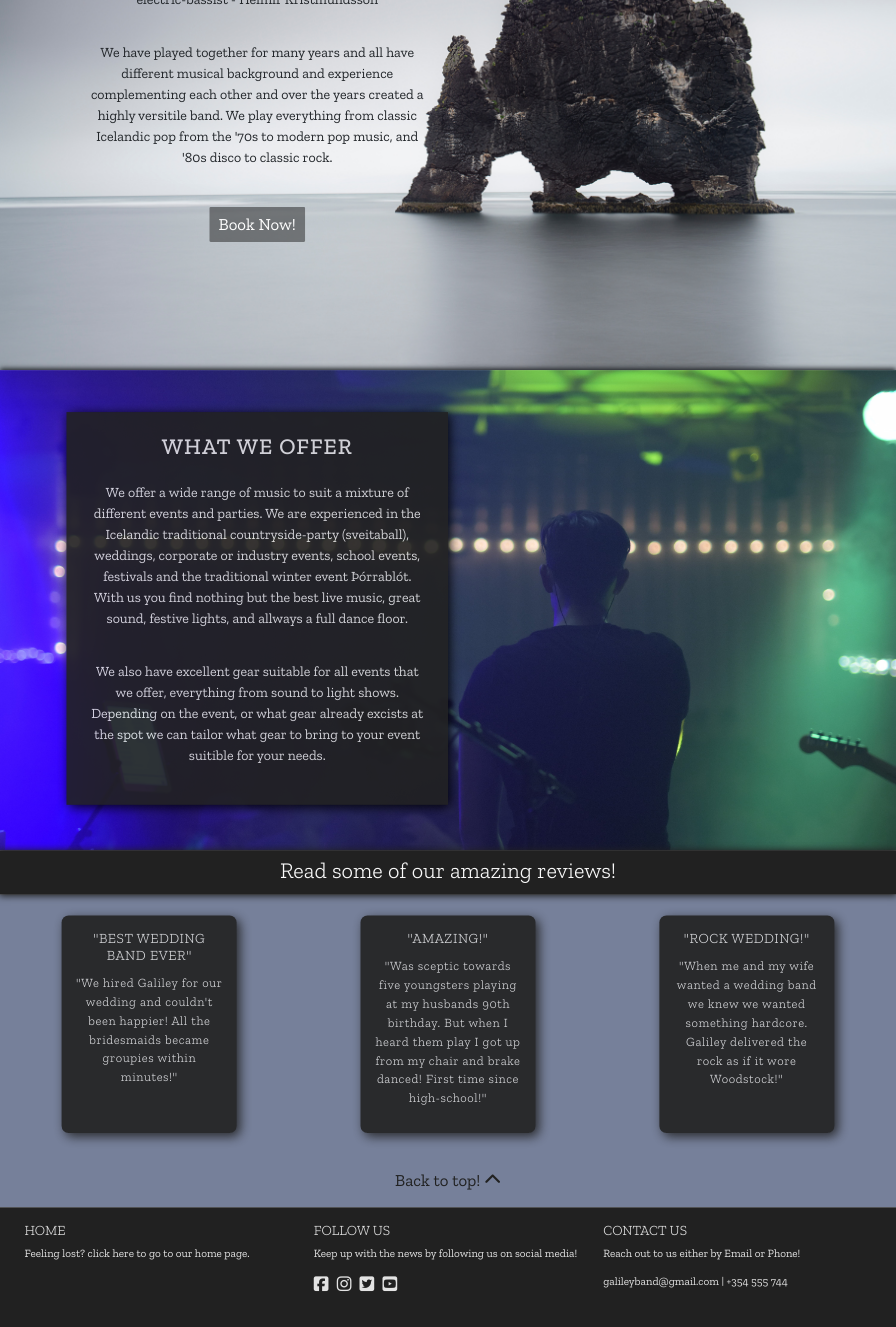
Repository: HeimirDavid/Galiley-Website
Page: index.html
The author's editor kept a record of every edit. The page is drawn from the files as they stood at one moment, then again after the next edit.
The browser window is 1280 px wide. The pictures show the part of the page from y = 874 to 2794 px (the page is 2770 px tall before and 2794 px after), at 70% of full size.
Backgrounds fixed to the window are drawn as part of the page. Some web libraries are served in a nearby version.

Above is the page before.

### index.html
<!DOCTYPE html>
<html lang="en">

<head>
    <meta charset="UTF-8">
    <meta name="viewport" content="width=device-width, initial-scale=1.0">
    <meta http-equiv="X-UA-Compatible" content="ie=edge">

    <link rel="stylesheet" href="https://stackpath.bootstrapcdn.com/bootstrap/4.3.1/css/bootstrap.min.css" integrity="sha384-ggOyR0iXCbMQv3Xipma34MD+dH/1fQ784/j6cY/iJTQUOhcWr7x9JvoRxT2MZw1T" crossorigin="anonymous">
    <link rel="stylesheet" href="https://cdnjs.cloudflare.com/ajax/libs/hover.css/2.3.1/css/hover-min.css" type="text/css" />
    <link rel="stylesheet" href="assets/css/style.css" type="text/css" />

    <script src="https://code.jquery.com/jquery-3.3.1.slim.min.js" integrity="sha384-q8i/X+965DzO0rT7abK41JStQIAqVgRVzpbzo5smXKp4YfRvH+8abtTE1Pi6jizo" crossorigin="anonymous"></script>
    <script src="https://cdnjs.cloudflare.com/ajax/libs/popper.js/1.14.7/umd/popper.min.js" integrity="sha384-UO2eT0CpHqdSJQ6hJty5KVphtPhzWj9WO1clHTMGa3JDZwrnQq4sF86dIHNDz0W1" crossorigin="anonymous"></script>
    <script src="https://stackpath.bootstrapcdn.com/bootstrap/4.3.1/js/bootstrap.min.js" integrity="sha384-JjSmVgyd0p3pXB1rRibZUAYoIIy6OrQ6VrjIEaFf/nJGzIxFDsf4x0xIM+B07jRM" crossorigin="anonymous"></script>
    <script src="https://kit.fontawesome.com/2ea8c5e5d2.js" crossorigin="anonymous"></script>

    <title>Galiley</title>
</head>

<body>
    <header>
        <!------ Header Navigation Menu, Mainly written with bootstrap  ------>
        <div class="row no-gutters">
            <div class="col black-container">
                <nav class="navbar fixed-top navbar-expand-md navbar-dark bg-dark" id="navbar-black-color">
                    <!-- Navbar position with help of this  -->
                    <a class="navbar-brand" href="index.html">Galiley - Home</a>
                    <!-- tutorial: https://www.youtube.com/watch?v=NzjU1GmKosQ&t=90s  -->
                    <button class="navbar-toggler" type="button" data-toggle="collapse" data-target="#navbarSupportedContent" aria-controls="navbarSupportedContent" aria-expanded="false" aria-label="Toggle navigation">
                    <span class="navbar-toggler-icon"></span></button>
                    <div class="collapse navbar-collapse" id="navbarSupportedContent">
                        <ul class="navbar-nav m-auto">
                            <li class="nav-item menuitem active-item">
                                <a class="nav-link" href="index.html"><span>Home</span></a>
                            </li>
                            <li class="nav-item menuitem">
                                <a class="nav-link" href="media.html"><span>Media</span></a>
                            </li>
                            <li class="nav-item menuitem">
                                <a class="nav-link" href="schedule.html"><span>Schedule</span></a>
                            </li>
                            <li class="nav-item menuitem">
                                <a class="nav-link" href="pricing.html"><span>Pricing</span></a>
                            </li>
                            <li class="nav-item menuitem">
                                <a class="nav-link" href="contact.html"><span>Contact</span></a>
                            </li>
                        </ul>
                    </div>
                </nav>
            </div>
        </div>

        <!------ Header Logo Image ------>
        <div class="logo-container">
            <div class="row no-gutters">
                <div class="col header-background-img">
                    <a href="#">
                    <img class="logo-white" src="assets/images/galiley_vit.png">
                </a>
                </div>
            </div>
        </div>

        <!------ Header Text  ------>
        <div class="row no-gutters">
            <div class="col h1-heading">
                <h1>Galiley - The Band For Your Next Event!</h1>
            </div>
        </div>
    </header>

    <!-- About section, inspired by sample projects at CI more specific Haley Schafer - StudentExampleProjectGradeFive-->
    <section id="about-image">
        <div class="container">
            <div class="row about-offer-row">
                <div class="col-md-6 text-center">
                    <h2 class="header-h2 uppercase">
                        About Galiley
                    </h2>
                    <p class="p-text">
                        We are an Icelandic band of five people of which are some of the most respected, well established and greatly experienced musicians in the north of Iceland. We feature lead singer - Freyþór Hrafn, pianist and backing vocalist - Gúðjón Jónsson, guitarist
                        and backing vocalist - Daniel Andri, Drummer and percussionist - Logi Helgason and electric-bassist - Heimir Kristmundsson
                    </p>
                    <p class="p-text">
                        We have played together for many years and all have different musical background and experience complementing each other and over the years created a highly versitile band. We play everything from classic Icelandic pop from the '70s to modern pop music,
                        and '80s disco to classic rock.
                    </p>
                    <!------ Book Now button -->
                <div class="row text-center">
                    <div class="col gotop-col">
                        <a class="btn btn-secondary btn-book" href="contact.html" role="button">Book Now!</a>
                    </div>
                </div>
                </div>
            </div>
        </div>
    </section>

    <!------ What We Offer - Section ------>
    <section id="offer-image">
        <div class="container">
            <div class="row about-offer-row offer-row text-center">
                <div class="col-md-6 offer-card text-center">
                    <h2 class="header-h2 uppercase">
                        What we offer
                    </h2>
                    <p class="p-text offer-text">
                        We offer a wide range of music to suit a mixture of different events and parties. We are experienced in the Icelandic traditional countryside-party (sveitaball), weddings, corporate or industry events, school events, festivals and the traditional winter
                        event Þórrablót. With us you find nothing but the best live music, great sound, festive lights, and allways a full dance floor.
                    </p>
                    <p class="p-text offer-text">
                        We also have excellent gear suitable for all events that we offer, everything from sound to light shows. Depending on the event, or what gear already excists at the spot we can tailor what gear to bring to your event suitible for your needs.
                    </p>
                </div>
            </div>
        </div>
    </section>

    <!------ Reviews section - Header ------>
    <section>
        <!-- Review header -->
        <div class="row no-gutters">
            <div class="col review-header">
                <h2>Read some of our amazing reviews!</h2>

            </div>
        </div>

        <!------ Three review cards, use bootstrap grid system ------>
        <div class="container-fluid grey-blue">
            <div class="row">
                <div class="col-md-4 review-cards">
                    <h5 class="cards-header uppercase">"Best wedding band ever"</h5>
                    <p class="review-p">"We hired Galiley for our wedding and couldn't been happier! All the bridesmaids became groupies within minutes!"</p>
                </div>
                <div class="col-md-4 review-cards">
                    <h5 class="cards-header uppercase">"Amazing!"</h5>
                    <p class="review-p">"Was sceptic towards five youngsters playing at my husbands 90th birthday. But when I heard them play I got up from my chair and brake danced! First time since high-school!"</p>
                </div>
                <div class="col-md-4 review-cards">
                    <h5 class="cards-header uppercase">"Rock Wedding!"</h5>
                    <p class="review-p">"When me and my wife wanted a wedding band we knew we wanted something hardcore. Galiley delivered the rock as if it wore Woodstock!"</p>
                </div>
            </div>
            <!------ Go to top button at the bottom of the page -->
            <div class="row text-center">
                <div class="col gotop-col">
                    <a class="gotopbtn" href="#">
                        <span>Back to top!</span>
                        <i class="fas fa-chevron-up"></i>
                    </a>
                </div>
            </div>
        </div>
    </section>

    <footer>
        <!------ Footer section, Mainly structured and written with the help from CI tutorials from the Resume-Project.
                             Since i liked the design and strucure and felt that it fits well within this project. ------>
        <div class="container-fluid">
            <div class="row" id="footer-details">
                <div class="col-sm-4">
                    <h5 class="uppercase footer-heading">
                        <a href="index.html" class="footer-links">Home</a>
                    </h5>
                    <p class="inline-block">Feeling lost? click here to go to our home page.</p>
                </div>

                <div class="col-sm-4">
                    <h5 class="uppercase footer-heading">Follow Us</h5>
                    <p class="inline-block">Keep up with the news by following us on social media!</p>
                    <ul class="list-inline social-media-links">
                        <li class="list-inline-item">
                            <a class="footer-links" target="_blank" href="https://www.facebook.com/GalileyBand/">
                                <i class="fab fa-facebook-square"></i>
                                <span class="sr-only">Facebook</span>
                            </a>
                        </li>
                        <li class="list-inline-item">
                            <a class="footer-links" target="_blank" href="#">
                                <i class="fab fa-instagram"></i>
                                <span class="sr-only">Instagram</span>
                            </a>
                        </li>
                        <li class="list-inline-item">
                            <a class="footer-links" target="_blank" href="#">
                                <i class="fab fa-twitter-square"></i>
                                <span class="sr-only">Twitter</span>
                            </a>
                        </li>
                        <li class="list-inline-item">
                            <a class="footer-links" target="_blank" href="#">
                                <i class="fab fa-youtube-square"></i>
                                <span class="sr-only">Youtube</span>
                            </a>
                        </li>
                    </ul>
                </div>

                <div class="col-sm-4">
                    <h5 class="uppercase footer-heading">Contact Us</h5>
                    <p class="inline-block">Reach out to us either by Email or Phone!</p>
                    <p>galileyband@gmail.com | +354 555 744</p>
                </div>
            </div>
        </div>
    </footer>
</body>

</html>

### assets/css/style.css
@import url('https://fonts.googleapis.com/css?family=Zilla+Slab:300,400,500,600,700&display=swap');

html {
    scroll-behavior: smooth;
}

body {
    font-family: 'Zilla Slab', serif;
    background-color: #e3e3e3;
    overflow-x: hidden;
}

/*--------------------------------- Colour */

.green-color {
    background-color: #35af7e;
}

.grey-color {
    background-color: #c5c5c5;
}

.grey-blue {
    background-color: #76809a;
}
/*------------------------------- Special padding/margins/text */

h1, h2, h3, h4, h5 {
    margin: 0;
}

.uppercase {
    text-transform: uppercase;
}

.inline-block {
    display: inline-block;
}

.block-devider {
    width: 75px;
    height: 5px;
    background-color: #212121;
}

.block-devider-white {
    width: 75px;
    height: 5px;
    background-color: #e3e3e3;
}

.container-fluid {
    padding: 0;
}

.row {
    margin-right: 0;
    margin-left: 0;
}

/*--------------------------------- General and shares styles/items */

.text-center {
    text-align: center;
}

.item-center {
    item-align: center;
}

.gotop-col {
    padding: 20px;
}

.gotopbtn {
    text-align: center;
    text-decoration: none;
    color: #212121;
    font-size: 1.5em;
    margin: 20px 20px;
    transition: ease-in-out 0.3s;
    -moz-transition: ease-in-out 0.3s;
    -webkit-transition: ease-in-out 0.3s;
    -o-transition: ease-in-out 0.3s;
}

.gotopbtn:hover {
    color: #a5a5a5;
    text-decoration: none;
}

.btn-book {
    font-size: 24px;
    border-radius: 2px;
    background-color: rgba(33, 33, 33, 0.5);
    border-color: rgba(33, 33, 33, 0)
}

/*--------------------------------- Headings text styles */

.header-h2 {
    font-weight: 500;
    padding: 10px 10px 20px 10px;
    letter-spacing: 1.5px;
}

.header-h3

.header-h4 {
    font-weight: 400;
    letter-spacing: 0.8px;
    font-size: 28px;
    padding: 10px;
}

.header-h5 {
    font-weight: 400;
    font-size: 24px;
    letter-spacing: 0.8px;
    padding: 10px;
}

/*--------------------------------- Navbar/Menu */

.navbar {
    opacity: 0.9;
    text-align: center;
    padding-bottom: 1.2em;
}

.menuitem {
    height: 50px;
    text-align: center;
    padding-left: 10px;
    padding-right: 10px;
    margin: 0px 10px 0px 10px;
    border: 1px solid #e3e3e3;
    transition: ease-in-out 0.3s;
    -moz-transition: ease-in-out 0.3s;
    -webkit-transition: ease-in-out 0.3s;
    -o-transition: ease-in-out 0.3s;
}

.menuitem a {
    width: 100%;
    text-decoration: none;
    color: #e3e3e3;
}

.menuitem a i {
    padding-top: 22px;
    display: block;
    color: #e3e3e3;
    font-size: 26px;
}

.menuitem span {
    display: block;
    width: 100%;
    padding-top: 5px;
    text-align: center;
    text-transform: uppercase;
    font-size: 14px;
    font-weight: 400;
    letter-spacing: 2px;
    transition: ease-in-out 0.3s;
    -moz-transition: ease-in-out 0.3s;
    -webkit-transition: ease-in-out 0.3s;
    -o-transition: ease-in-out 0.3s;
    color: #e3e3e3;

}

.menuitem:hover {
    background-color: #e3e3e3;
}

.menuitem:hover.menuitem span {
    color: #212121;
}

.navbar::before,     /* Before and After used from inspiration of this tutorial: https://www.youtube.com/watch?v=zGiirUiWslI   */
.navbar::after {
    content: "";
    margin-left: 2em;
    margin-right: 2em;
    width: 18%;
    height: 0.2em;
    background-color: #e3e3e3;
}

.navbar-nav .active-item span {
    color: #212121;
}

.navbar-nav .active-item {
    background-color: #e3e3e3;
}

.navbar::after {
    width: 20%;
}

.fixed-top {
    padding-top: 1.2em;
}

.navbar-brand {
    display: none;
}

#navbar-black-color {
    background-color: #212121!important;
}




/*--------------------------------- Header */

.black-container {
    position: relative;
    top: 0;
    left: 0;
    width: 100%;
    height:6em;
    background-color: #000;
}

.h1-heading {
    color: #fafafa;
    padding: 10px 0px 15px 0px;
    text-align: center;
    background-color: #212121;
    box-shadow: 0px 10px 30px -10px #212121;
}

.h1-heading h1 {
    font-weight: 300;
}

.header-background-img {
    display: block;
    background-image: url("../images/galiley_diddi.jpg");
    padding: 20px;
    background-size: cover;
}

/*
.logo-container {
    margin-top: 7%;
}
*/

.logo-white {
    opacity: 1.9;
    display: block;
    margin-left: auto;
    margin-right: auto;
    width: 70%;
}

/*--------------------------------- Footer */

footer {
    background-color: #212121;
    color: #e3e3e3;
    min-height: 100px;
    margin: 0;
}

.footer-heading {
    font-weight: 300;
    text-decoration: none;
    margin-bottom: 10px;
}

.footer-heading a {
    transition: ease-in-out 0.3s;
    -moz-transition: ease-in-out 0.3s;
    -webkit-transition: ease-in-out 0.3s;
    -o-transition: ease-in-out 0.3s;
}

.footer-heading a:hover {
    color: #a5a5a5;
    text-decoration: none;
}

.footer-links {
    color: #e3e3e3;
}

.social-media-links {
    padding-bottom: 10px;
}

.social-media-links li a i {
    font-size: x-large;
    padding: 10px 0px;
    line-height: 10px;
    transition: ease-in-out 0.3s;
    -moz-transition: ease-in-out 0.3s;
    -webkit-transition: ease-in-out 0.3s;
    -o-transition: ease-in-out 0.3s;
}

.social-media-links li a i:hover {
    color: #35af7e;
}

#footer-details {
    padding: 20px;
}

/*--------------------------------- About - Section / What we offer - Section */

.about-offer-row {
    padding: 20px 0px;
}

.p-text {
    font-size: 20px;
    padding: 10px 10px 20px 10px;
}

.about-row {
    padding: 60px 10px 20px 10px;
}

.offer-card {
    background-color: #212121;
    color: #e3e3e3;
    padding: 20px;
    margin-bottom: 45px;
    box-shadow: 3px 3px 15px 0px #000;
    opacity: 0.9;
}

/*--------------------------------- Reviews - section */

.review-header {
    background-color: #212121;
    color: #fafafa;
    padding: 10px 0px 15px 0px;
    text-align: center;
    box-shadow: 0px 1px 10px 1px #212121;
}

.review-header h2 {
    font-weight: 300;
}

.review-cards {
    background-color: #212121;
    color: #e3e3e3;
    opacity: 0.9;
    max-width: 250px;
    padding: 20px;
    margin: 30px;
    margin-right: auto;
    margin-left: auto;
    text-align: center;
    border-radius: 10px;
    box-shadow: 5px 5px 15px 0px #212121;
}

.cards-header {
    font-weight: 300;
    letter-spacing: 0.8px;
    margin-bottom: 15px;
}

.review-p {
    font-size: 18px;
    font-weight: 200;
    letter-spacing: 0.8px;
}

/*--------------------------------- Setlist Section / Video Section */

.spotify-header-row {
    background-color: #35af7e;
}

.media-header {
    padding: 20px;
    font-weight: 300;
    font-size: 38px;
}

.spotify-row {
    margin-bottom: 40px;
}

.setlist-header-col {
    color: #000;
    padding: 30px;
}

.media-h4 {
    font-weight: 300;
    font-size: 30px;
    padding: 10px;
}

.media-p {
    font-size: 22px;
    font-weight: 300;
}

.spotify-col {
    color: #e3e3e3;
    background-color: rgba(0, 0, 0, 0.5);
    margin: auto;
    margin-top: 20px;
    padding: 20px 10px 0px 10px;
    max-width: 300px;
    border-radius: 12px;
    border-radius: 10px;
    box-shadow: 5px 5px 15px 0px #212121;
}

.spotify-col::before {
    content: "";
    top: 0;
    left: 0;
    background-color: #212121;
    height: 100px;
    width: 1em;
}

.spotify-player {
    opacity: .96;
}

.video-header-col {
    background-color: #212121;
    color: #e3e3e3;
    padding: 20px 0px;
    box-shadow: 0px 10px 30px -10px #212121;
}

.youtube-col {
    padding: 10px;
}

.youtube-container {  /*   Code copied to make youtube player responsive. Source: https://avexdesigns.com/responsive-youtube-embed/    */
position: relative;
padding-bottom: 56.25%;
padding-top: 30px; height: 0; overflow: hidden;
}

.youtube-container iframe,
.youtube-container object,
.youtube-container embed {
position: absolute;
top: 0;
left: 0;
width: 100%;
height: 100%;
}

/*--------------------------------- Pricing */

.pricing-col {
    padding-top: 30px;
    height: 100%;
    background-color: #4b4b4b;
    color: #e3e3e3;
}

.package-header-row {
    padding-top: 30px;
    color: #e3e3e3;
}

.package-row {
    padding-top: 30px;
    color: #e3e3e3;
}

.package-cards {
    box-shadow: 1px 1px 1px 1px #cacaca;
    padding: 20px 10px;
    margin-top: 15px;
    margin-bottom: 15px;
}

.package-cards ul {
    list-style: none;
    padding:0;
}

.package-cards ul li {
        margin: 10px 0px;
}
/*--------------------------------- Media Queries */

@media (max-width: 767px) {

    .navbar::before,
    .navbar::after {
        display: none;
    }

    .navbar-brand {
        display: block;
    }

    .fixed-top {
        padding: 1em;
    }

    .reviews-container {
        background-color: #e3e3e3;
    }

    .reviews-container {
        background: #e3e3e3;
    }

    .package-row,
    .package-row .package-header-row
    {
        background-color: #e3e3e3;
        color: #212121;
    }
}

@media (min-width: 767px) {

    /* Images use and fixed image website layout inspiried by this tutorial: https://www.youtube.com/watch?v=PWoOpJtkyjI */
    #about-image { /* Image from unsplash taken by Luca Baggio */
        background-image: url("../images/about-background.jpg");
        background-attachment: fixed;
        background-size: cover;
        height: 120vh;
        width: 100%;
    }

    #spotify-background-img {
        background-image: url("../images/spotify-background-img.jpg");
        background-attachment: fixed;
        background-size: cover;
        height: 120vh;
        width: 100%;
    }

    #offer-image {
        background-image: url("../images/galiley-offer.jpg");
        background-attachment: scroll;
        background-size: cover;
        height: 100%;
        width: 100%;
        box-shadow: 0px -3px 7px 0px;
    }

    #packages-img {
        background-image: url("../images/packages-img.jpg");
        background-attachment: scroll;
        background-size: cover;
        height: 100%;
        width: 100%;
    }

    /*
    .green-black-img {
        background-image: url("../images/setlist-background.png");
        background-attachment: fixed;
        background-size: cover;
        box-shadow: 0px -3px 7px 0px;
    }
    */

    .about-offer-row {
    padding: 60px 10px 20px 10px;
    }

    .youtube-row {
        padding-top: 50px;
    }

    .youtube-col {
        padding: 10px 100px;
    }
}

@media (min-width: 767px) and (max-width: 1000px) {
    #about-image {
        background-image: url("../images/about-background.jpg");
        background-attachment: fixed;
        background-size: cover;
        height: 200vh;
        width: 100%;
    }

        #spotify-background-img {
        background-image: url("../images/spotify-background-img.jpg");
        background-attachment: fixed;
        background-size: cover;
        height: 250vh;
        width: 100%;
    }
}

@media (max-width: 576px) {
    /* To get rid of padding and margin to link up "Offer section" and "reviews section" in mobile view */
    .about-offer-row {
    padding-top: 20px;
    }

    .offer-card {
        margin: 0;
    }
}

After the next edit:
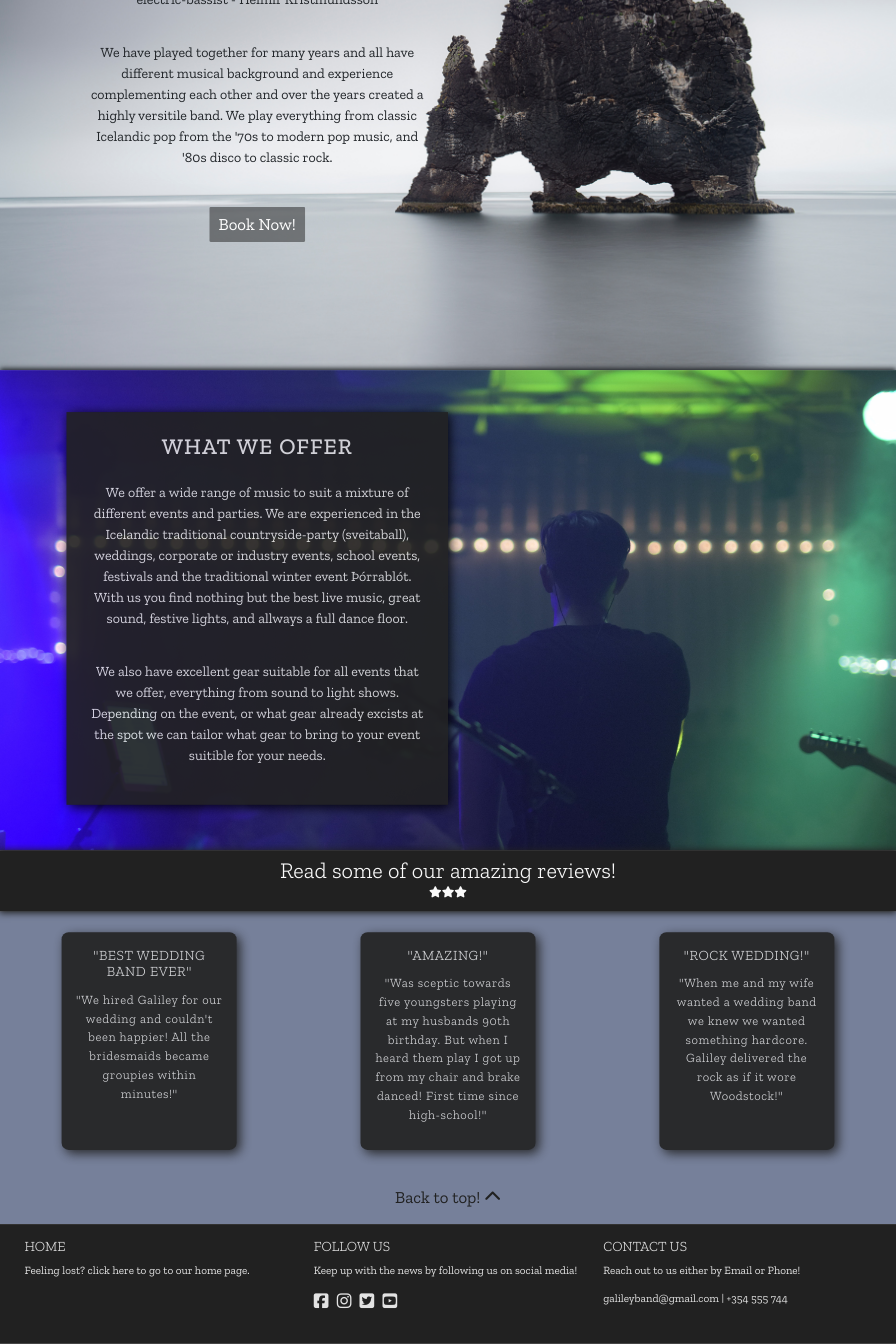
The edit:
--- a/index.html
+++ b/index.html
@@ -124,7 +124,7 @@
         <div class="row no-gutters">
             <div class="col review-header">
                 <h2>Read some of our amazing reviews!</h2>
-
+                <i class="fas fa-star"></i><i class="fas fa-star"></i><i class="fas fa-star"></i>
             </div>
         </div>
 
